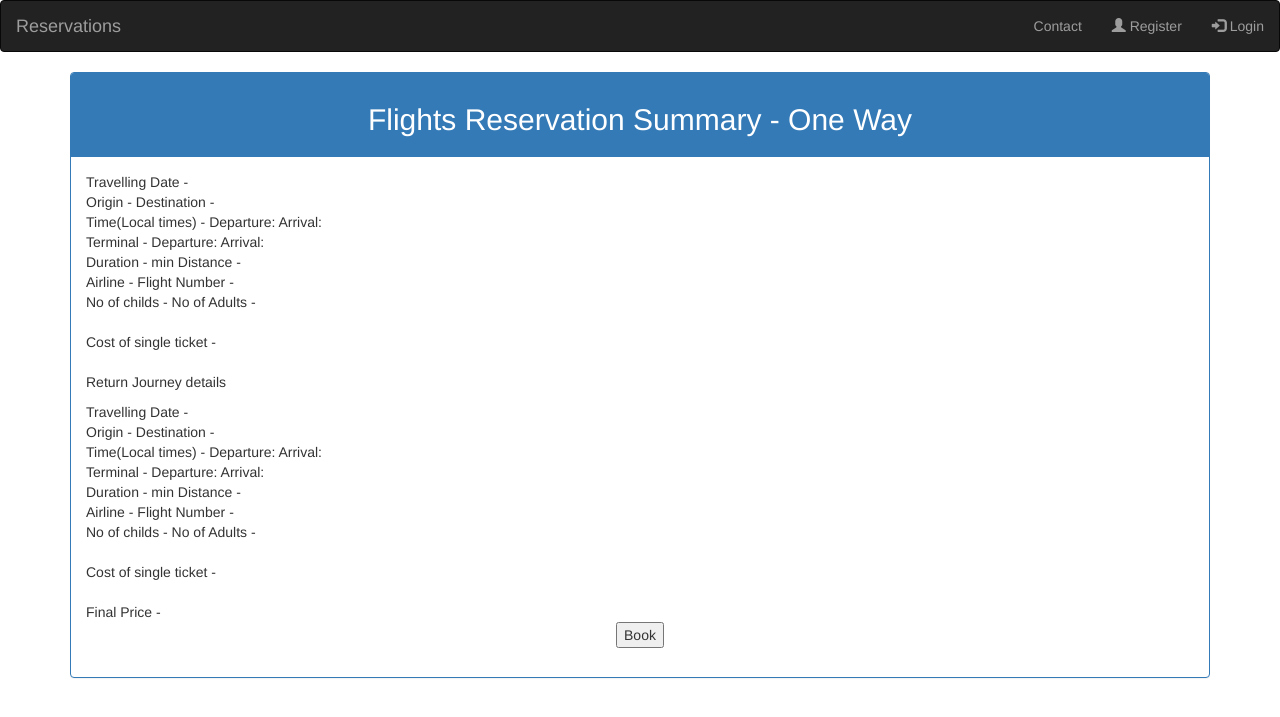
Repository: svnsiva/final-project
Page: http://localhost/flights-car-reservation/WEB-INF/pages/round-summary.jsp
These files come from the project's save history. The page is drawn as it stood at one moment and after the next save; the edit follows.
The browser window is 1280 px wide. The pictures show the whole page.
Some web libraries are served in a nearby version. The page is served by Tomcat 9. Nobody is signed in. Other server files are loaded and not shown. The template is opened directly, without the code that normally fills it, so the values that code supplies are empty.

Above is the page before, as saved 2017-08-10 17:34:11.

### flights-car-reservation/src/main/webapp/WEB-INF/pages/round-summary.jsp
<%@taglib uri="http://java.sun.com/jsp/jstl/core" prefix="c"%>
<%@taglib uri="http://www.springframework.org/tags/form" prefix="form" %>
<%@taglib uri="http://www.springframework.org/tags" prefix="spring" %>
<%@ page isELIgnored="false" %>
<html>
<head>
<meta charset="utf-8">
  <meta name="viewport" content="width=device-width, initial-scale=1">
  <link rel="stylesheet" href="https://maxcdn.bootstrapcdn.com/bootstrap/3.3.7/css/bootstrap.min.css">
  <script src="https://ajax.googleapis.com/ajax/libs/jquery/3.2.1/jquery.min.js"></script>
  <script src="https://maxcdn.bootstrapcdn.com/bootstrap/3.3.7/js/bootstrap.min.js"></script>
</head>

<body>
<nav class="navbar navbar-inverse">
  <div class="container-fluid">
    <div class="navbar-header">
      <a class="navbar-brand">Reservations</a>
    </div>

    <ul class="nav navbar-nav navbar-right">
    	 <li><a href="${pageContext.request.contextPath}/contact">Contact</a></li>
      <li><a href="${pageContext.request.contextPath}/register"><span class="glyphicon glyphicon-user"></span> Register</a></li>
   <li><a href="${pageContext.request.contextPath}/login"><span class="glyphicon glyphicon-log-in"></span> Login</a></li>
    </ul>
  </div>
</nav>

<div class="container">
<div class="panel panel-primary">
	<div class="panel-heading"><h2 class="text-center">Flights Reservation Summary - One Way</h2></div>
	<div class="panel-body">
	<form action="${pageContext.request.contextPath}/finalPayment" method="GET">
		Travelling Date  - ${departDate}<br>
		Origin - ${one.getOrigin()} Destination - ${one.getDestination()}<br>

		Time(Local times) - Departure: ${one.getDepartTime()} Arrival:${one.getArrivalTime() }
    <br>Terminal - Departure:${one.getDepartTerm()} Arrival:${one.getArrivalTerm()}<br>
    Duration - ${one.getDuration()}min Distance - ${one.getDistance()} <br>
    Airline - ${one.getAirline()} Flight Number - ${one.getFlightNum() }<br>
    No of childs - ${one.getChilds() } No of Adults - ${one.getAdults() }<br><br>
    Cost of single ticket  - ${one.getCost() }
    <br>
    <br>
    <p>Return Journey details</p>
    Travelling Date  - ${retrunDate}<br>
    Origin - ${one.getDestination()} Destination - ${one.getOrigin()}<br>

		Time(Local times) - Departure: ${one.getDepartTime()} Arrival:${one.getArrivalTime() }
    <br>Terminal - Departure:${one.getDepartTerm()} Arrival:${one.getArrivalTerm()}<br>
    Duration - ${one.getDuration()}min Distance - ${one.getDistance()} <br>
    Airline - ${one.getAirline()} Flight Number - ${one.getFlightNum() }<br>
    No of childs - ${one.getChilds() } No of Adults - ${one.getAdults() }<br><br>
    Cost of single ticket  - ${one.getCost() }
    <br><br>
    Final Price -  ${finalPrice}
    <br>
    <div class="text-center">

	<button type="submit" name="got" value = ${finalPrice}  class="btn btn-primary">Book</button>
	</div>
	</form>
</div></div>

</div>
</body>
</html>

After the next save:
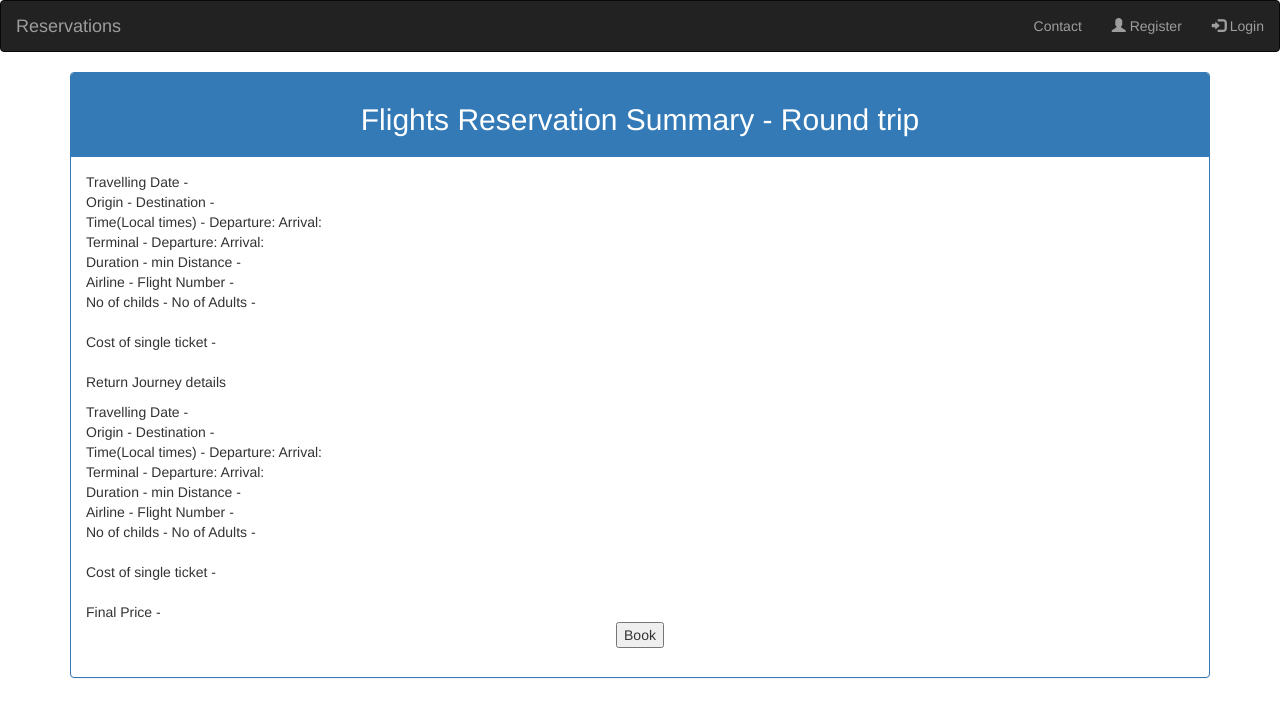
Saved 7 min 1 s later.
--- a/flights-car-reservation/src/main/webapp/WEB-INF/pages/round-summary.jsp
+++ b/flights-car-reservation/src/main/webapp/WEB-INF/pages/round-summary.jsp
@@ -28,7 +28,7 @@
 
 <div class="container">
 <div class="panel panel-primary">
-	<div class="panel-heading"><h2 class="text-center">Flights Reservation Summary - One Way</h2></div>
+	<div class="panel-heading"><h2 class="text-center">Flights Reservation Summary - Round trip</h2></div>
 	<div class="panel-body">
 	<form action="${pageContext.request.contextPath}/finalPayment" method="GET">
 		Travelling Date  - ${departDate}<br>
